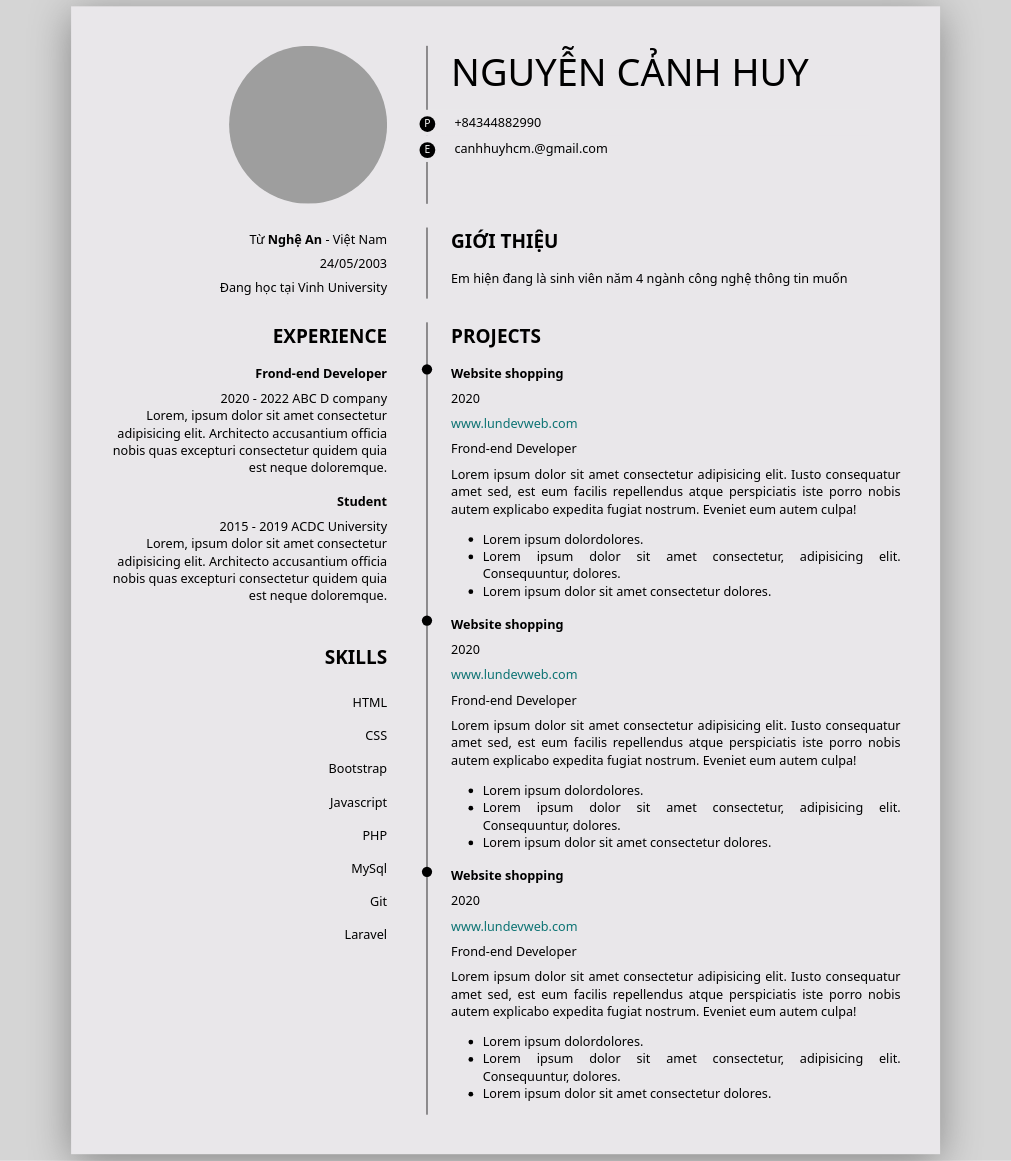
Repository: huycodedie/cv-intern
Page: index.html
The author's editor kept a copy of each file at every save. The page is drawn from the files as they stood at one save, then again after the next save.
The browser window is 1280 px wide. The pictures show the whole page, at 79% of full size.
Pictures or frames that could not be fetched are drawn as grey boxes.

Above is the page before, as saved 2025-07-05 23:10:07.

### index.html

    <!DOCTYPE html>
    <html lang="en">
    <head>
        <meta charset="UTF-8">
        <meta http-equiv="X-UA-Compatible" content="IE=edge">
        <meta name="viewport" content="width=device-width, initial-scale=1.0">
        <title>Document</title>
        <link rel="stylesheet" href="style.css">
        <link rel="stylesheet" href="https://cdnjs.cloudflare.com/ajax/libs/font-awesome/6.2.1/css/all.min.css">
    </head>
    <body>
        <div class="container">
           <div class="avatar">
            <img src="https://i.pinimg.com/564x/eb/57/6f/eb576ff023487bcb1fa3ad61ee7b23ee.jpg" alt="">
           </div>
           <div class="name">
                <h1>NGUYỄN CẢNH HUY</h1>
                <!-- <div class="specialize">Frond-End Developer</div> -->
                <ul class="contact">
                    <li>
                        <span>P</span> +84344882990
                    </li>
                    <li>
                        <span>E</span> canhhuyhcm.@gmail.com
                    </li>
                </ul>
           </div>
           <div class="info">
                <ul>
                    <li>Từ <b>Nghệ An</b> - Việt Nam</li>
                    <li>24/05/2003</li>
                    <li>Đang học tại Vinh University</li>
                </ul>
           </div>
           <div class="intro">
            <h2>GIỚI THIỆU</h2>
            Em hiện đang là sinh viên năm 4 ngành công nghệ thông tin muốn
           </div>
           <div class="experience">
            <h2>EXPERIENCE</h2>

            <div class="item">
                <h4>Frond-end Developer</h4>
                <div class="time">
                   <span>2020 - 2022</span>
                   <span>ABC D company</span>
                </div>
                <div class="des">
                    Lorem, ipsum dolor sit amet consectetur adipisicing elit. Architecto accusantium officia nobis quas excepturi consectetur quidem quia est neque doloremque.
                </div>
            </div>

                <div class="item">
                    <h4>Student</h4>
                    <div class="time">
                       <span>2015 - 2019</span>
                       <span>ACDC University</span>
                    </div>
                    <div class="des">
                        Lorem, ipsum dolor sit amet consectetur adipisicing elit. Architecto accusantium officia nobis quas excepturi consectetur quidem quia est neque doloremque.
                    </div>
                </div>
                <h2 class="skills">
                    SKILLS
                </h2>
                <ul>
                    <li>HTML</li>
                    <li>CSS</li>
                    <li>Bootstrap</li>
                    <li>Javascript</li>
                    <li>PHP</li>
                    <li>MySql</li>
                    <li>Git</li>
                    <li>Laravel</li>
                </ul>

           </div>
           <div class="project">
            <h2>PROJECTS</h2>
            <div class="item">
                <h4>Website shopping</h4>
                <div class="time">
                    2020
                </div>
                <div class="web">
                    www.lundevweb.com
                </div>
                <div class="location">
                    Frond-end Developer
                </div>
                <div class="des">
                    Lorem ipsum dolor sit amet consectetur adipisicing elit. Iusto consequatur amet sed, est eum facilis repellendus
                    atque perspiciatis iste porro nobis autem explicabo expedita fugiat nostrum. Eveniet eum autem culpa!
                    <ul>
                        <li>Lorem ipsum dolordolores.</li>
                        <li>Lorem ipsum dolor sit amet consectetur, adipisicing elit. Consequuntur, dolores.</li>
                        <li>Lorem ipsum dolor sit amet consectetur dolores.</li>
                    </ul>
                </div>
            </div>

            <div class="item">
                <h4>Website shopping</h4>
                <div class="time">
                    2020
                </div>
                <div class="web">
                    www.lundevweb.com
                </div>
                <div class="location">
                    Frond-end Developer
                </div>
                <div class="des">
                    Lorem ipsum dolor sit amet consectetur adipisicing elit. Iusto consequatur amet sed, est eum facilis repellendus
                    atque perspiciatis iste porro nobis autem explicabo expedita fugiat nostrum. Eveniet eum autem culpa!
                    <ul>
                        <li>Lorem ipsum dolordolores.</li>
                        <li>Lorem ipsum dolor sit amet consectetur, adipisicing elit. Consequuntur, dolores.</li>
                        <li>Lorem ipsum dolor sit amet consectetur dolores.</li>
                    </ul>
                </div>
            </div>

            <div class="item">
                <h4>Website shopping</h4>
                <div class="time">
                    2020
                </div>
                <div class="web">
                    www.lundevweb.com
                </div>
                <div class="location">
                    Frond-end Developer
                </div>
                <div class="des">
                    Lorem ipsum dolor sit amet consectetur adipisicing elit. Iusto consequatur amet sed, est eum facilis repellendus
                    atque perspiciatis iste porro nobis autem explicabo expedita fugiat nostrum. Eveniet eum autem culpa!
                    <ul>
                        <li>Lorem ipsum dolordolores.</li>
                        <li>Lorem ipsum dolor sit amet consectetur, adipisicing elit. Consequuntur, dolores.</li>
                        <li>Lorem ipsum dolor sit amet consectetur dolores.</li>
                    </ul>
                </div>
            </div>
           </div>
        </div>

    </body>
    </html>

### style.css

    body{
        background-color: #D5D5D5;
        font-family: system-ui;
    }
    .container{
        background-color: #E9E7EA;
        width:1000px;
        max-width: 100%;
        margin:auto;
        padding:50px;
        box-shadow: 0 10px 50px #858585;
        display: grid;
       grid-template-columns: 35% 60%;
       column-gap: 5%;
       row-gap: 30px;
    }

    .avatar img{
        width:200px;
        height:200px;
        object-fit: cover;
        border-radius: 50%;
    }
    .avatar{
        display: flex;
        justify-content: end;
        align-items: center;
    }
    .name{
        padding-left: 30px;
        border-left:1px solid #000;
    }
    .name h1{
        font-weight: 300;
        font-size: xxx-large;
        margin:0px 0 5px ;
    }
    .name .specialize{
        margin:0;
        font-weight: bold;
        letter-spacing: 3px;
    }
    .name .contact{
        padding:0;
        list-style: none;
    }
    .name .contact span{
        display: inline-block;
        background-color: #000;
        width:20px;
        height:20px;
        color:#fff;
        text-align: center;
        border-radius: 50%;
        font-size: small;
        margin-right: 20px;
    }
    .name .contact li{
        padding:5px 0;
        transform: translate(-40px);
        background-color: #E9E7EA;
    }
    .info ul{
        padding: 0;
        margin: 0;
        list-style: none;
        text-align: right;
        line-height: 30px;
    }

    h2{
        padding:0;
        margin: 0 0 20px 0;
    }
    .intro{
        padding-left: 30px;
        border-left: 1px solid #000;
        text-align: justify;
    }
    .experience{
        text-align: right;
    }
    .experience h4{
        margin:20px 0 10px;
    }
    .skills{
        margin-top:  50px;
    }
    .experience ul{
        padding:0;
        margin: 0;
    list-style: none;
    }
    .experience li{
        padding:10px 0;
    }
    .project{
        padding-left: 30px;
        text-align: justify;
        border-left: 1px solid #000;
    }
    .project h4{
        margin:20px 0 10px;
    }
    .project .web{
        color: #0c7373;
        padding:10px 0;
    }
    .project .location{
        font-weight: 500;
        padding-bottom:10px;
    }
    .project .item{
        position: relative;
    }
    .project .item::before{
        position: absolute;
        width:13px;
        height: 13px;
        background-color: #000;
        content: '';
        border-radius: 50%;
        left: -37px;
    }

After the next save:
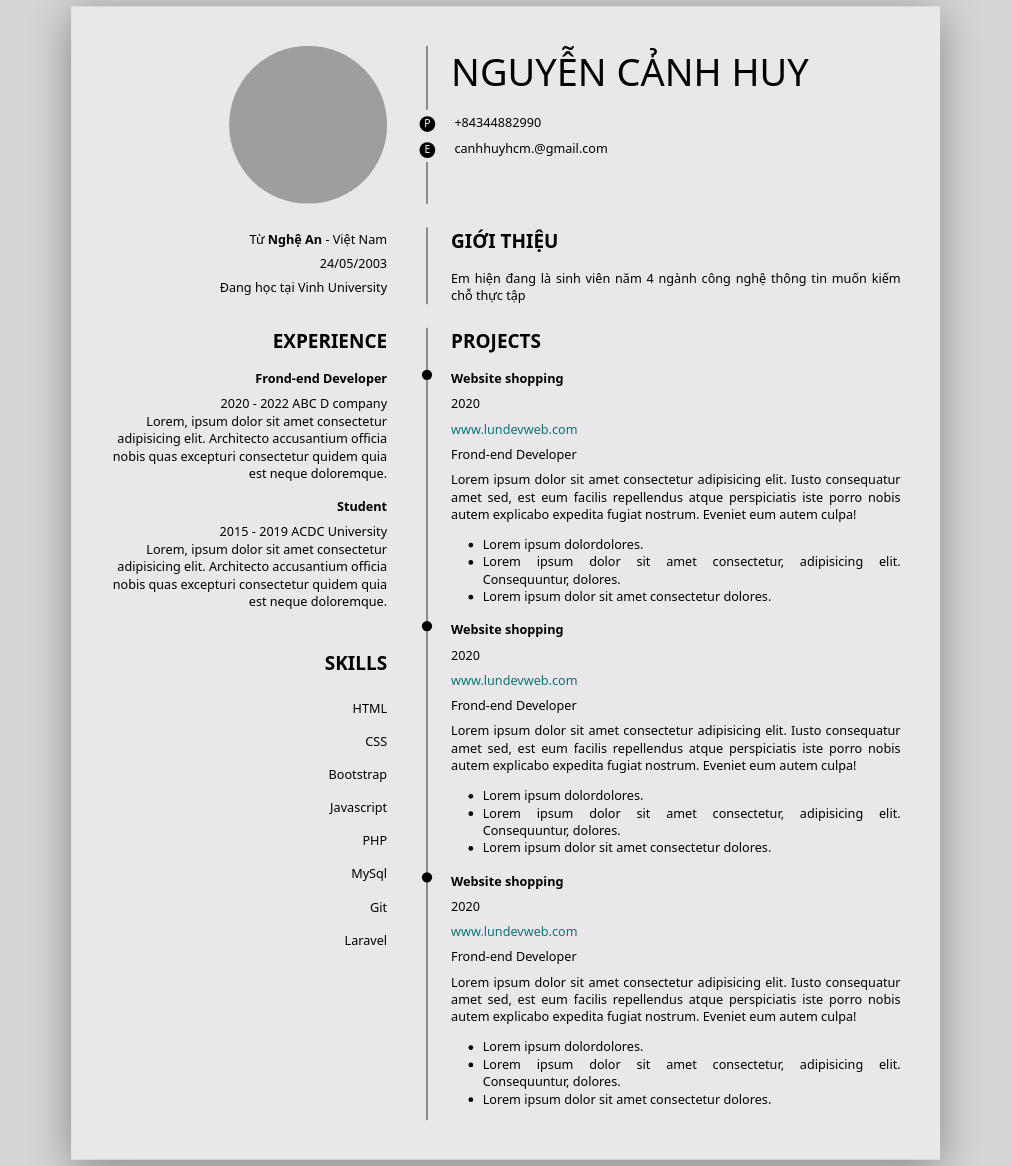
Saved 11 s later.
--- a/index.html
+++ b/index.html
@@ -35,7 +35,7 @@
            </div>
            <div class="intro">
             <h2>GIỚI THIỆU</h2>
-            Em hiện đang là sinh viên năm 4 ngành công nghệ thông tin muốn
+            Em hiện đang là sinh viên năm 4 ngành công nghệ thông tin muốn kiếm chỗ thực tập
            </div>
            <div class="experience">
             <h2>EXPERIENCE</h2>
